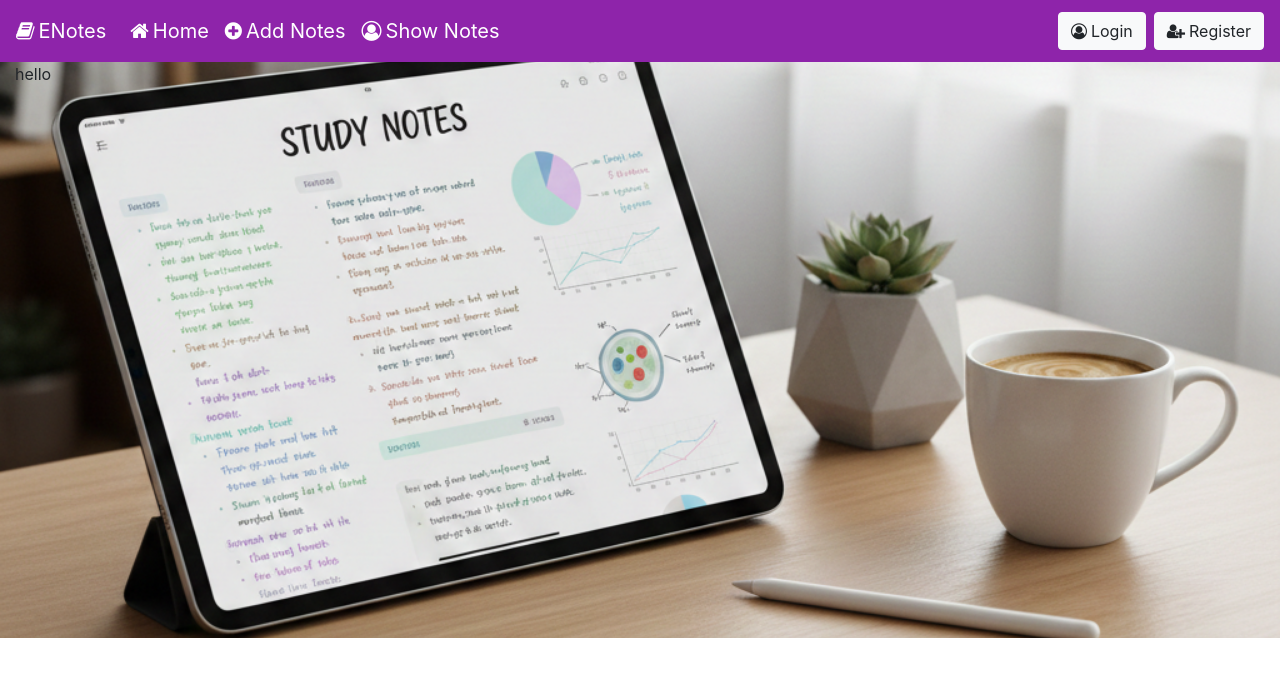
Repository: Bansal140899/eclipse-workspace
Page: http://localhost/ENotesProject/
An editor plug-in stored every save of this project. The page is shown before and after the next save, followed by the edit.
The browser window is 1280 px wide. The pictures show the whole page.
The page is served by Tomcat 9.

Above is the page before, as saved 2025-12-21 21:16:23.

After the next save:
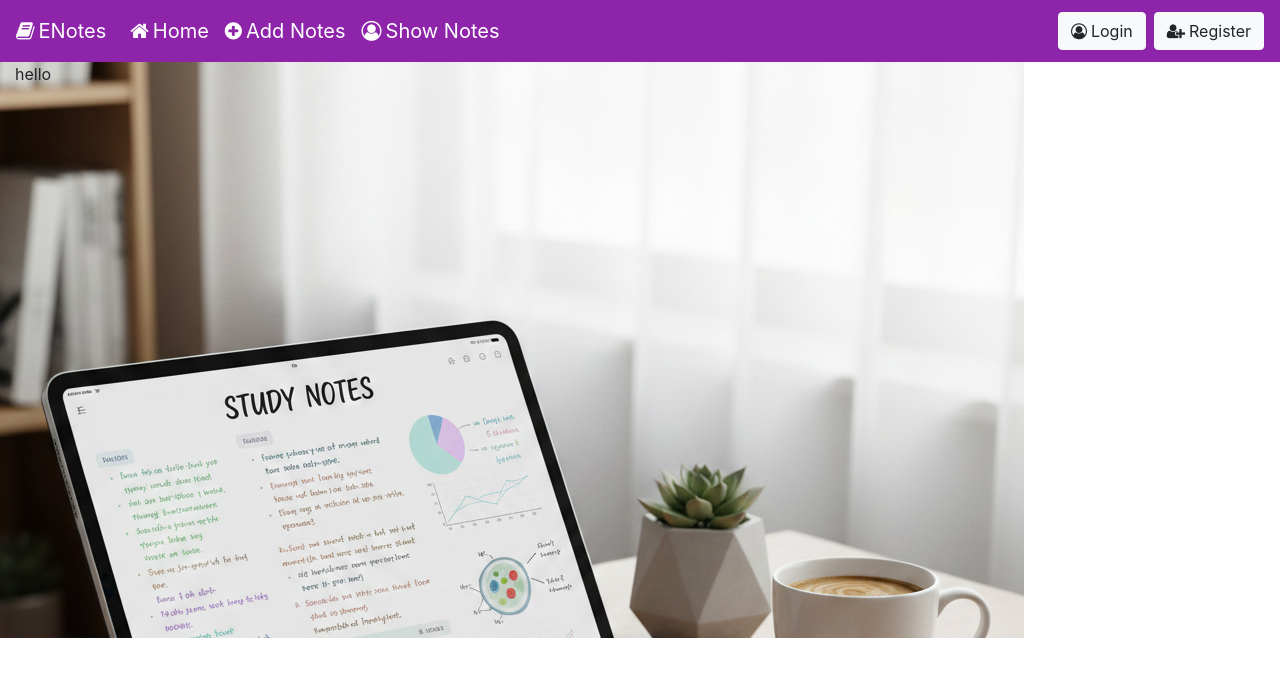
Saved 35 s later.
--- a/ENotesProject/src/main/webapp/index.jsp
+++ b/ENotesProject/src/main/webapp/index.jsp
@@ -9,8 +9,7 @@
 width:100%;
 height:80vh;
 background-repeat: no-repeat;   /* repeat band */
-    background-size: cover;        /* full cover */
-    background-position: center;   /* center me set */
+
 }
 </style>
 <meta http-equiv="Content-Type" content="text/html; charset=UTF-8">

After the save that followed:
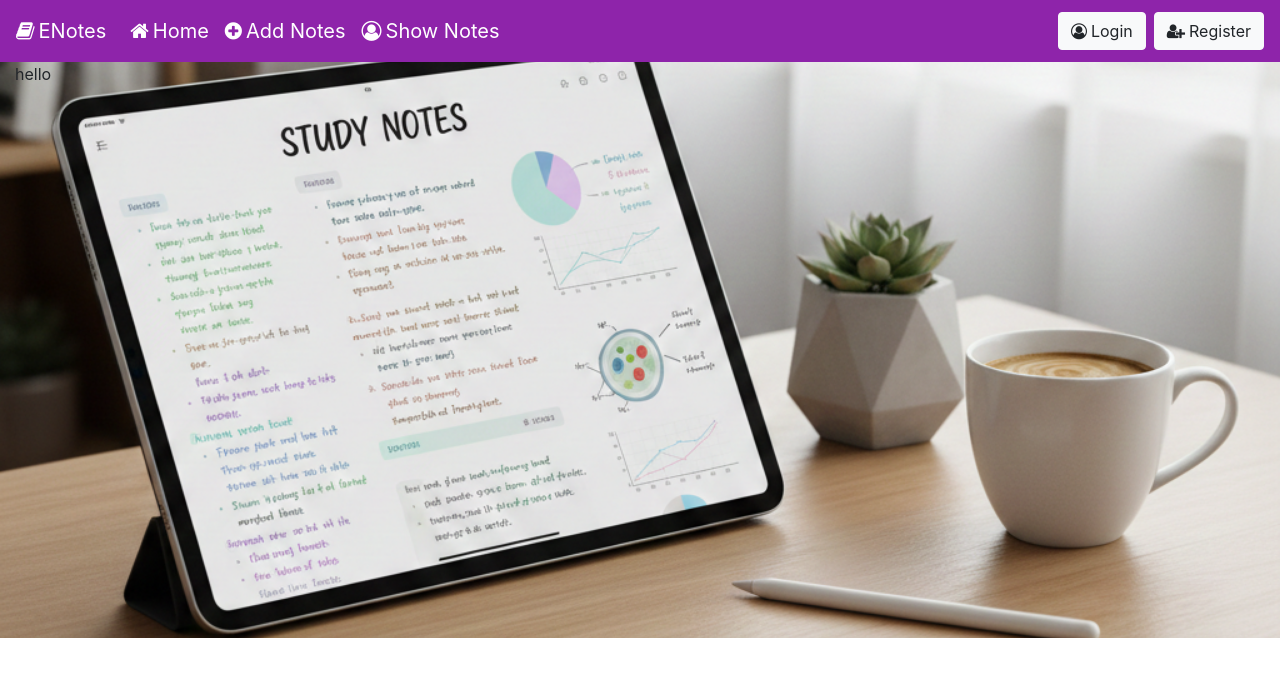
Saved 17 s later.
--- a/ENotesProject/src/main/webapp/index.jsp
+++ b/ENotesProject/src/main/webapp/index.jsp
@@ -9,7 +9,8 @@
 width:100%;
 height:80vh;
 background-repeat: no-repeat;   /* repeat band */
-
+    background-size: cover;        /* full cover */
+    background-position: center;   /* center me set */
 }
 </style>
 <meta http-equiv="Content-Type" content="text/html; charset=UTF-8">
